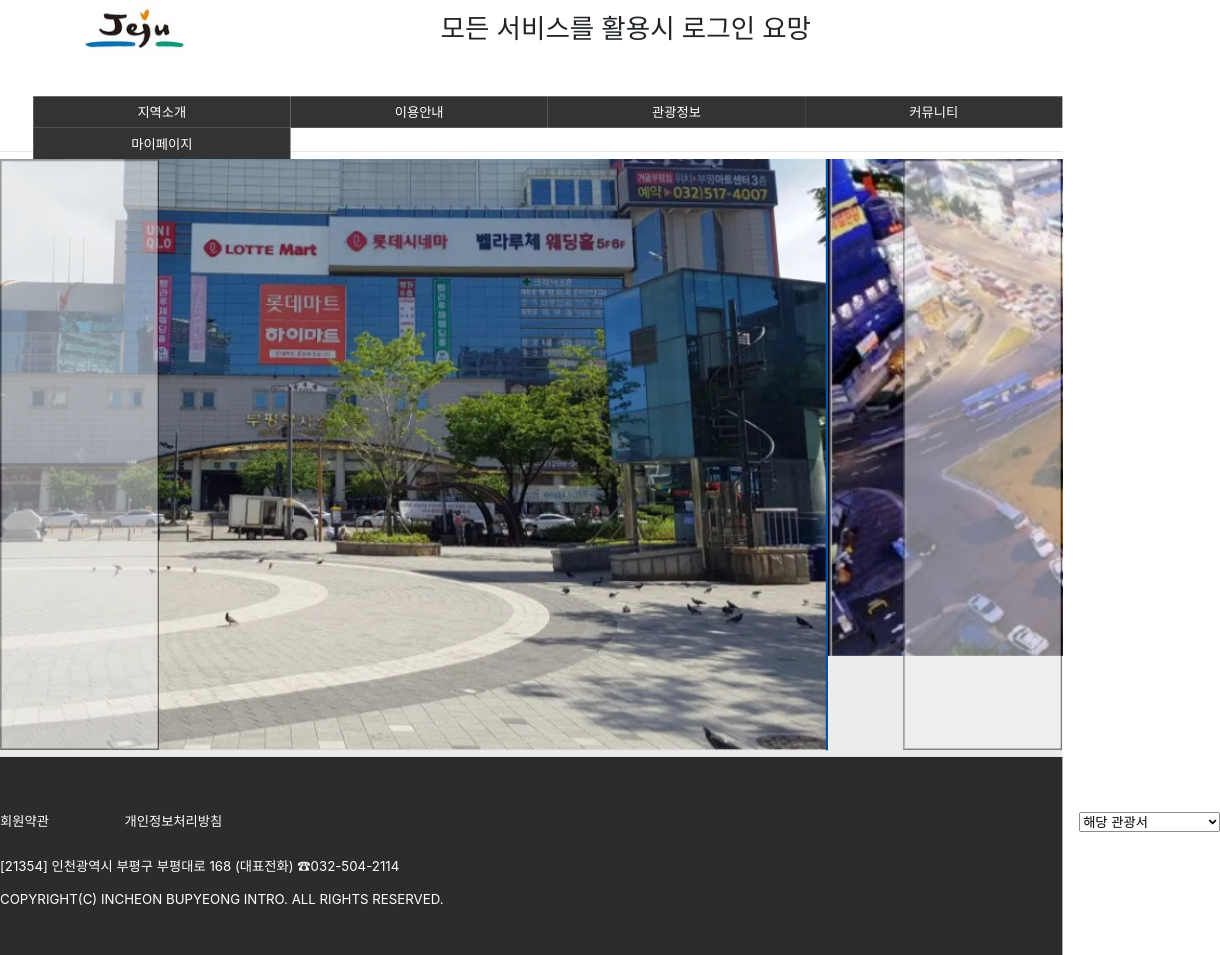
Repository: dlsqja432/Jeju-project
Page: http://localhost/jejudo/
These files come from the project's save history. The page is drawn as it stood at one moment and after the next save; the edit follows.
The browser window is 1280 px wide. The page is 1470 px wide, so the pictures cover 1470 px, including what lies to the right of the window. The pictures show the whole page, at 83% of full size.
The page is served by Tomcat 9. Other server files are loaded and not shown.

Above is the page before, as saved 2024-04-16 00:38:26.

### jejudo/WebContent/WEB-INF/index.jsp
<%@ page language="java" contentType="text/html; charset=UTF-8"
    pageEncoding="UTF-8"%>
<%@ taglib prefix="c" uri="http://java.sun.com/jsp/jstl/core" %>
<%@ taglib prefix="fmt" uri="http://java.sun.com/jsp/jstl/fmt" %>
<c:set var="path0" value="<%=request.getContextPath() %>" />
<!DOCTYPE html>
<html>
<head>
<meta charset="UTF-8">
<title>${title }</title>
<%@ include file="/head.jsp" %>
<style>
.container {width:1400px; }
.page { clear:both; height:100vh; }
.page_title { font-size:36px; padding-top:2em; text-align:center; }
#page1 { background-color:#ececec }
#page2 { background-color:#fbffc4 }
#page3 { background-color:#f9d6ff }
#page4 { background-color:#d6f5ff }
</style>
</head>
<body>
<div id="header">
	<%@ include file="/header.jsp" %>
</div>
<div id="contents">
	<section class="page" id="page1">
		<figure id="vs">
			<div id="carouselExampleControls" class="carousel slide" data-ride="carousel">
			  <div class="carousel-inner">
			    <div class="carousel-item active">
			      <img src="${path0 }/images/vs4.png" class="d-block w-100" alt="...">
			    </div>
			    <div class="carousel-item">
			      <img src="${path0 }/images/vs5.png" class="d-block w-100" alt="...">
			    </div>
			    <div class="carousel-item">
			      <img src="${path0 }/images/vs6.png" class="d-block w-100" alt="...">
			    </div>
			  </div>
			 <button class="carousel-control-prev" type="button" data-target="#carouselExampleControls" data-slide="prev">
			    <span class="carousel-control-prev-icon" aria-hidden="true"></span>
			    <span class="sr-only">Previous</span>
			  </button>
			  <button class="carousel-control-next" type="button" data-target="#carouselExampleControls" data-slide="next">
			    <span class="carousel-control-next-icon" aria-hidden="true"></span>
			    <span class="sr-only">Next</span>
			  </button>
			</div>
		</figure>
		<h3 class="page_title"></h3>
	</section>
	<div class="">
	</div>
</div>
<div id="footer">
	<%@ include file="/footer.jsp" %>
</div>
</body>
</html>

### jejudo/WebContent/head.jsp
<%@ page language="java" contentType="text/html; charset=UTF-8"
    pageEncoding="UTF-8"%>
<%@ taglib prefix="c" uri="http://java.sun.com/jsp/jstl/core" %>
<%@ taglib prefix="fmt" uri="http://java.sun.com/jsp/jstl/fmt" %>
<c:set var="ipath" value="<%=request.getContextPath() %>" />
<script src="${ipath }/js/jquery-3.2.1.min.js"></script>
<link rel="stylesheet" href="${ipath }/css/bootstrap.min.css" />
<script src="${ipath }/js/bootstrap.min.js"></script>
<link rel="stylesheet" href="https://cdnjs.cloudflare.com/ajax/libs/font-awesome/5.7.0/css/all.min.css" />
<meta name="viewport" content="width=device-width, initial-scale=1.0">
<meta name="subject" content="부평동 소개(Bupyeongdong Intro)" />
<meta name="description" content="부평동, 문화의 거리, 맛집, 교통, 소개" />
<meta name="keywords" content="부평동, 문화의 거리, 맛집, 교통, 소개" />
<link rel="icon" href="${ipath }/images/favicon.png" />
<link rel="shortcut icon" href="${ipath }/images/favicon.png" />
<meta property="og:type" content="website" />
<meta property="og:title" content="bupyeongdong" />
<meta property="og:description" content="부평동, 문화의 거리, 맛집, 교통, 소개" />
<meta property="og:image" content="${ipath }/images/site.png" />
<meta property="og:url" content="http://localhost:8091" />
<link rel="stylesheet" href="${ipath }/css/common.css" />

### jejudo/WebContent/header.jsp
<%@ page language="java" contentType="text/html; charset=UTF-8"
    pageEncoding="UTF-8"%>
<%@ taglib prefix="c" uri="http://java.sun.com/jsp/jstl/core" %>
<%@ taglib prefix="fmt" uri="http://java.sun.com/jsp/jstl/fmt" %>
<c:set var="hpath" value="<%=request.getContextPath() %>" />
<header>
	<div class="logo_wrap">
		<a href="/jeju"><img src="${hpath }/images/Logo.png" alt="제주도 로고" /></a>
	</div>
	<div id="tnb" style="height:100px; line-height:2rem; padding-top:1rem">
		<c:if test="${not empty sid }">
		<h2 style="text-align:center;">${sname } 님 환영합니다.</h2>
		</c:if>
		<c:if test="${empty sid }">
		<h2 style="text-align:center;">모든 서비스를 활용시 로그인 요망</h2>
		</c:if>
	</div>
	<nav id="gnb">
		<ul class="">
			<li class="item">
				<a href="" class="dp1">지역소개</a>
				<ul class="sub_menu">
					<li><a href="${hpath }/intro/origin.jsp">지명유래</a></li>
					<li><a href="${hpath }/intro/facility.jsp">지역 특징 및 시설안내</a></li>
					<li><a href="${hpath }/intro/history.jsp">연혁</a></li>
					<li><a href="${hpath }/intro/map.jsp">오시는 길</a></li>
				</ul>
			</li>
			<li class="item">
				<a href="" class="dp1">이용안내</a>
				<ul class="sub_menu">
					<li><a href="${hpath }/GetTrafficList.do">교통편 안내</a></li>
					<li><a href="${hpath }/tour/building.jsp">공공기관 안내</a></li>
					<li><a href="${hpath }/tour/association.jsp">음식점 안내</a></li>
					<li><a href="${hpath }/tour/lodg.jsp">숙박 시설 안내</a></li>
				</ul>
			</li>
			<li class="item">
				<a href="" class="dp1">관광정보</a>
				<ul class="sub_menu">
					<li><a href="${hpath }/NotiList.do">관광지</a></li>
					<li><a href="">문화재</a></li>
					<li><a href="${hpath }/GetQnaList.do">추천 여행코스</a></li>
				</ul>
			</li>
			<li class="item">
				<a href="" class="dp1">커뮤니티</a>
				<ul class="sub_menu">
					<li><a href="${hpath }/NotiList.do">공지사항</a></li>
					<li><a href="">자료실</a></li>
					<li><a href="${hpath }/GetQnaList.do">묻고답하기</a></li>
				</ul>
			</li>
			<li class="item">
				<a href="" class="dp1">마이페이지</a>
				<ul class="sub_menu">
					<c:if test="${empty sid }">
					<li><a href="${hpath }/member/login.jsp">로그인</a></li>
					<li><a href="${hpath }/member/term.jsp">회원가입</a></li>
					</c:if>
					<c:if test="${not empty sid }">
					<li><a href="${hpath }/Logout.do">로그아웃</a></li>
					<li><a href="${hpath }/EditMember.do?id=${sid }">회원정보</a></li>
					</c:if>
					<c:if test="${sid.equals('admin') }">
					<li><a href="${hpath }/AdminMain.do">관리자</a></li>
					</c:if>
					<li><a href="${hpath }/member/terms.jsp">회원약관</a></li>
					<li><a href="${hpath }/member/policy.jsp">개인정보처리방침</a></li>
				</ul>
			</li>
		</ul>
	</nav>
</header>
<hr>

### jejudo/WebContent/footer.jsp
<%@ page language="java" contentType="text/html; charset=UTF-8"
    pageEncoding="UTF-8"%>
<%@ taglib prefix="c" uri="http://java.sun.com/jsp/jstl/core" %>
<%@ taglib prefix="fmt" uri="http://java.sun.com/jsp/jstl/fmt" %>
<c:set var="fpath" value="<%=request.getContextPath() %>" />
<hr>
<footer>
	<div class="ft_wrap">
		<nav id="fnb">
			<ul>
				<li><a href="${hpath }/member/terms.jsp">회원약관</a></li>
				<li><a href="${hpath }/member/policy.jsp">개인정보처리방침</a></li>
			</ul>
		</nav>
		<div id="loc">
			<select name="sel" id="sel" onchange="locate()">
				<option value="">해당 관광서</option>
				<option value="https://www.geumcheon.go.kr/portal/contents.do?key=651">부평동동주민센터</option>
				<option value="https://www.smpa.go.kr/user/nd19306.do">부평파출소</option>
				<option value="https://www.life114.co.kr/html/board/view.asp?M_SEQ=1877802#google_vignette">인천부평디지털우체국</option>
			</select>
		</div>
		<script>
		function locate(){
			var sel = document.getElementById("sel");
			if(sel.value!=""){
				window.open(sel.value);
			}
		}
		</script>
		<br><br>
		<div id="copyright">
			<p class="addr">[21354] 인천광역시 부평구 부평대로 168 (대표전화) ☎032-504-2114</p>
			<p class="copy">COPYRIGHT(C) INCHEON BUPYEONG INTRO. ALL RIGHTS RESERVED.</p>
		</div>
	</div>
</footer>

### jejudo/src/org/jeju/ctrl/Main.java
package org.jeju.ctrl;

import java.io.IOException;

import javax.servlet.RequestDispatcher;
import javax.servlet.ServletContext;
import javax.servlet.ServletException;
import javax.servlet.annotation.WebServlet;
import javax.servlet.http.HttpServlet;
import javax.servlet.http.HttpServletRequest;
import javax.servlet.http.HttpServletResponse;

@WebServlet("/jeju")
public class Main extends HttpServlet {
	private static final long serialVersionUID = 1L;

    public Main() {
        super();
    }

	protected void service(HttpServletRequest request, HttpServletResponse response) throws ServletException, IOException {
		ServletContext application = request.getServletContext();
		String realPath = request.getSession().getServletContext().getRealPath("/");
		application.setAttribute("realPath", realPath);
		application.setAttribute("title", "부평 소개");

//		List<Notice> latestNotiList = new ArrayList<>();
//		List<Qna> latestQnaList = new ArrayList<>();

//		request.setAttribute("latestNotiList", latestNotiList);
//		request.setAttribute("latestQnaList", latestQnaList);
		request.setAttribute("idol1", "./images/idol1.jpg");
		RequestDispatcher view = request.getRequestDispatcher("/WEB-INF/index.jsp");
		view.forward(request, response);
	}
}

### jejudo/WebContent/css/common.css
@charset "UTF-8";
#header { clear:both; height:120px; }
.logo_wrap { float:left; width:128px; height:auto; margin-left:100px; }
.logo_wrap a { display:block; width:100%; height:auto; }
.logo_wrap a img { display:block; width:100%; height:auto; }
#gnb { clear:both; display:block; width:1280px; height:50px;
margin:15px auto; }
#gnb a { text-decoration:none; }
#gnb ul { list-style:none; }
#gnb .item { float:left; width:25%; position:relative; }
#gnb a.dp1 { display:block; line-height:38px; text-align:center;
background-color:#333; color:#fff; }
#gnb .sub_menu { display:none; position:absolute; top:38px; left:0px;
padding:0; width:100%; z-index:999; }
#gnb .item:hover .sub_menu { display:block; }
#gnb .item:hover a.dp1 { background-color:deepskyblue; }
#gnb .item .sub_menu li { margin:0; padding:0;
text-indent:90px; line-height:32px;  width:100%;
background-color:#659ffc; }
#gnb .item .sub_menu li:hover { background-color:deepskyblue; }
#gnb .item .sub_menu li a { color:#fff; }
#contents { clear:both; }

#vs { clear:both; width:100%; height:800px; overflow:hidden; }
#vs img { display:block; width:100%; height:auto; margin-top:-250px;}

.ft_wrap { width:1400px; margin:0 auto; }
#fnb { width:800px; height:48px; float:left; }
#fnb ul { list-style:none; margin:0px; padding:0px; clear:both; height:48px; }
#fnb li { float:left; width:150px; text-align:left; line-height:48px; }
#fnb li a { color:#fff; }
#loc { width:100px; height:30px; line-height:30px; margin-top:10px; float:right; }
#copyright { clear:both; margin-top:18px; width:100%; }

#footer { background-color:#2c2c2c; padding-top:20px; padding-bottom:40px;
color:#fff; }

Loaded but not shown: jejudo/WebContent/js/jquery-3.2.1.min.js (library); jejudo/WebContent/css/bootstrap.min.css (library); jejudo/WebContent/js/bootstrap.min.js (library)

After the next save:
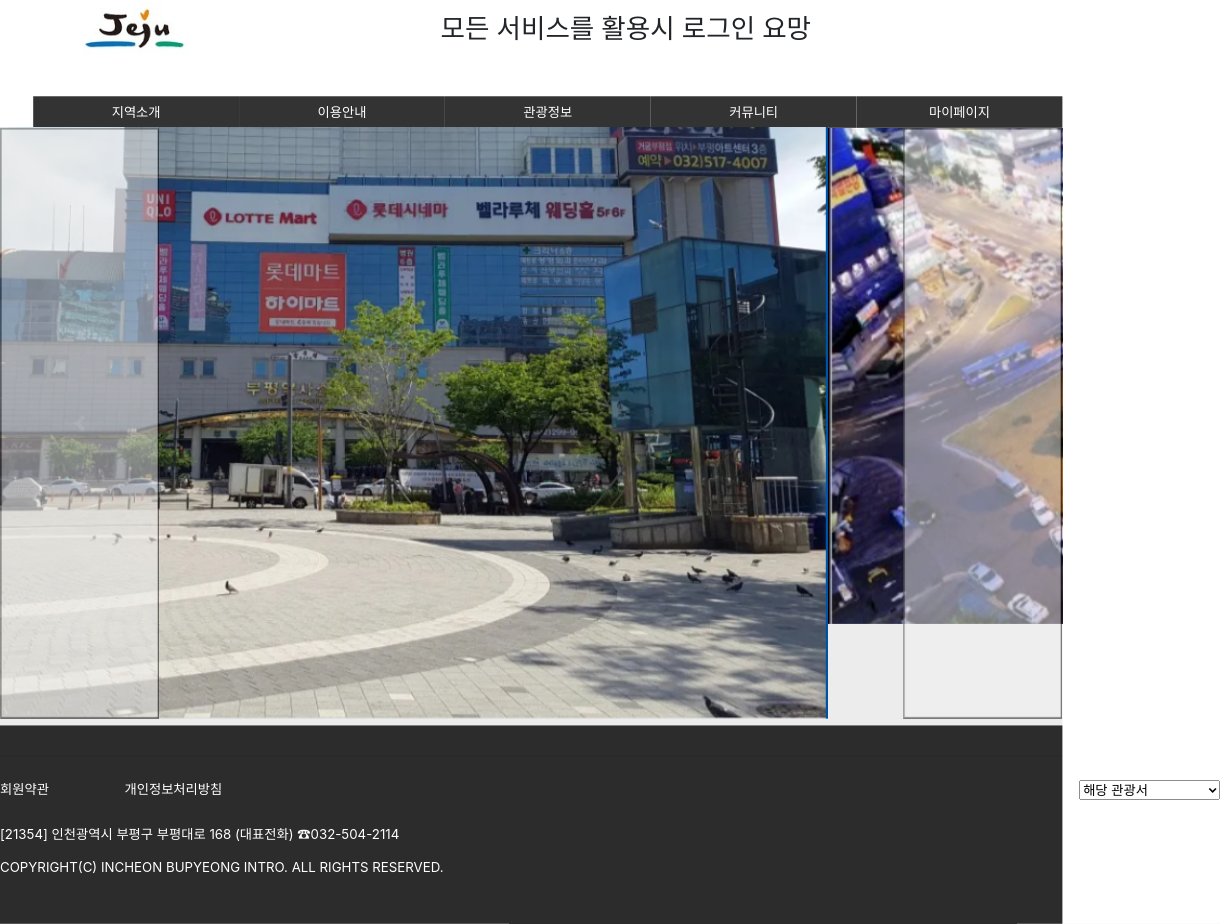
Saved 102 s later.
--- a/jejudo/WebContent/css/common.css
+++ b/jejudo/WebContent/css/common.css
@@ -7,7 +7,7 @@
 margin:15px auto; }
 #gnb a { text-decoration:none; }
 #gnb ul { list-style:none; }
-#gnb .item { float:left; width:25%; position:relative; }
+#gnb .item { float:left; width:20%; position:relative; }
 #gnb a.dp1 { display:block; line-height:38px; text-align:center;
 background-color:#333; color:#fff; }
 #gnb .sub_menu { display:none; position:absolute; top:38px; left:0px;
